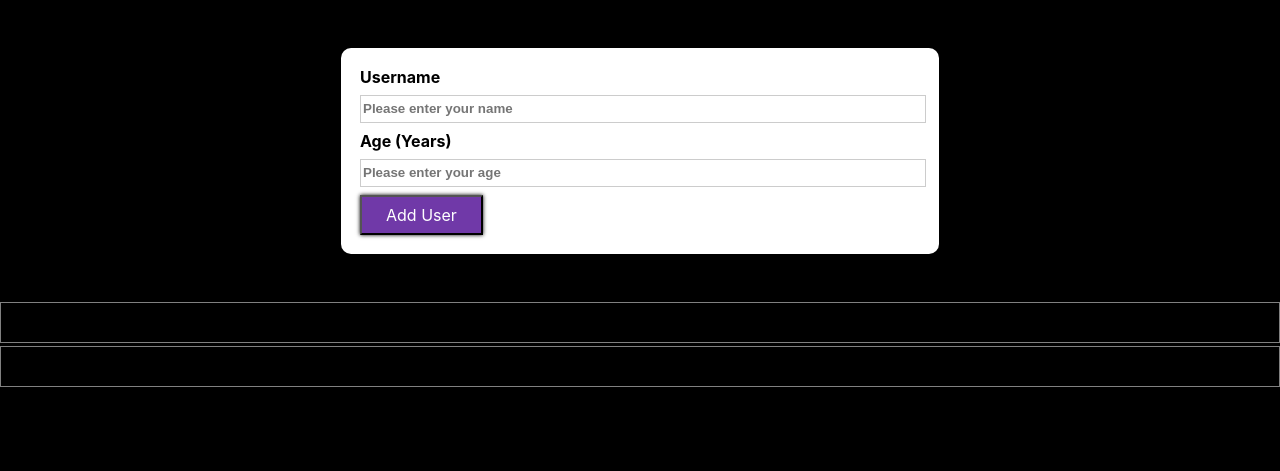
Repository: NamalPathirana/section-eight
Page: /
An editor plug-in stored every save of this project. The page is shown before and after a run of saves, followed by the edit.
The browser window is 1280 px wide. The pictures show the whole page.
The project was rebuilt for these pictures with package versions that can differ from the ones it lists, and the page was loaded fresh each time. Also part of the build but not shown: src/App.module.css.

Above is the page before, as saved 2021-11-28 00:29:23.

After the next 3 saves:
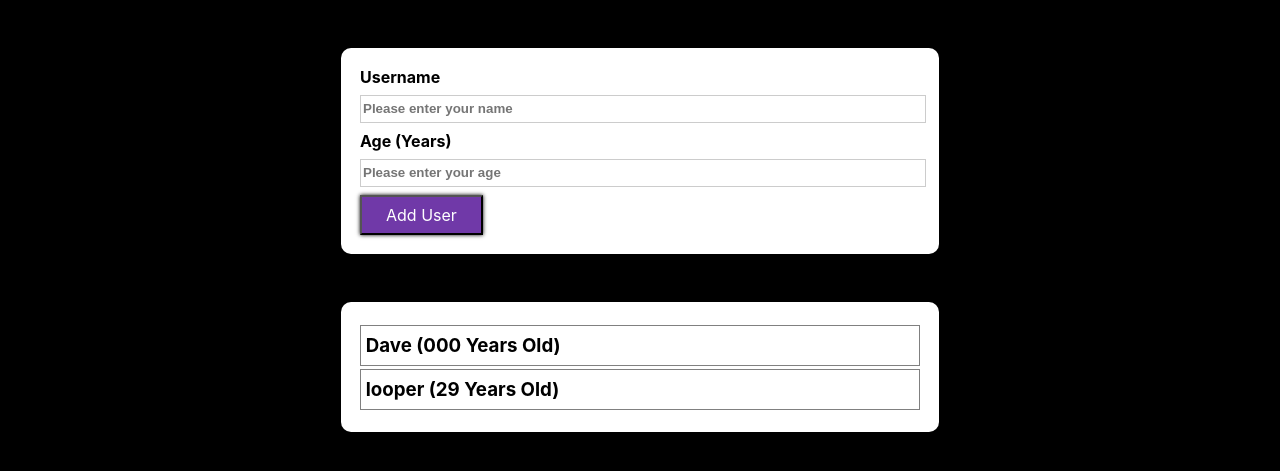
The 3 saves are shown as one change because they came seconds apart.
The last was saved 26 s later.
--- a/src/Components/UserList/UserList.js
+++ b/src/Components/UserList/UserList.js
@@ -1,5 +1,6 @@
 import styles from './UserList.module.css';
 import UserListItem from '../UserListItem/UserListItem'
+import Card from '../../UI/Card/Card';
 
 
 const UserList = (props) => {
@@ -9,9 +10,11 @@ const UserList = (props) => {
     });
 
     return(
+        <Card>
         <div className={styles.frame}>
            {listUserItems}
         </div>
+        </Card>
     );
 }
 
